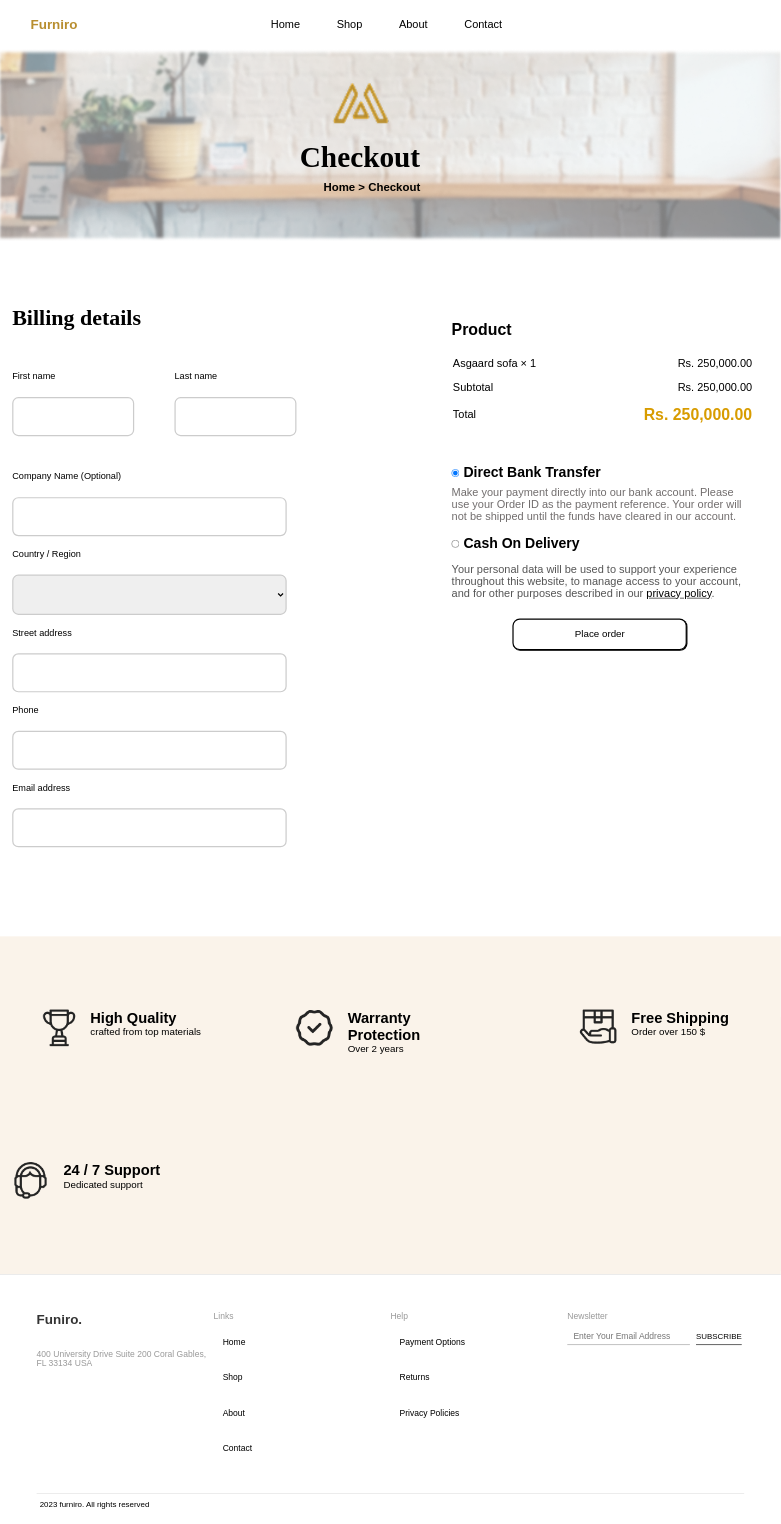
Repository: Ali1Kh/Furniro-ITI
Page: pages/checkout.html
The author's editor kept a copy of each file at every save. The page is drawn from the files as they stood at one save, then again after a run of saves.
The browser window is 1280 px wide. The pictures show the whole page, at 61% of full size.

Above is the page before, as saved 2025-07-19 21:56:53.

### pages/checkout.html
<!DOCTYPE html>
<html lang="en">

<head>
  <meta charset="UTF-8">
  <meta name="viewport" content="width=device-width, initial-scale=1.0">
  <title>CheckOut</title>
  <link rel="shortcut icon" href="../assets/icons/Logo.png" type="image/x-icon">
  <link rel="stylesheet" href="../styles/index.css">
  <link rel="stylesheet" href="../styles/checkout.css">
</head>

<body>

  <nav>
    <!-- Navigation -->
    <div class="navBar">
      <div class="text">
        <p>Furniro</p>
      </div>

      <div class="menu-icon" onclick="toggleSidebar()">☰</div>

      <div class="navBarLinks">
        <ul>
          <li><a href="/pages/home.html">Home</a></li>
          <li><a href="/pages/shop.html">Shop</a></li>
          <li><a href="/">About</a></li>
          <li><a href="/pages/contact.html">Contact</a></li>
        </ul>
      </div>

     <div class="navBarIcons">
        <a href="/pages/Compare.html"><i class="fa-solid fa-user"></i></a>
        <a href="/pages/shop.html"><i class="fa-solid fa-magnifying-glass"></i></a>
        <a href="/"><i class="fa-solid fa-heart"></i></a>
        <a href="/pages/checkout.html"><i class="fa-solid fa-cart-plus"></i></a>
      </div>
    </div>


    <!-- Sidebar for mobile -->
    <div class="sidebar" id="sidebar">
      <a href="" onclick="toggleSidebar()">✖</a>
      <a href="">Home</a>
      <a href="/pages/shop.html">Shop</a>
      <a href="/">About</a>
      <a href="/pages/contact.html">Contact</a>
    </div>
  </nav>

  <main class="checkout">
    <div id="home">
      <div class="img-conteaner">
        <img src="../assets/img/Rectangle 1.png" alt="">

        <div class="text-conteaner">
          <img src="../assets/icons/Logo.png" alt="" style="width: 100px;height: 77px;margin-top: -80px; left: 1px; ">
          <h2 style="font-size: 48px; font-family: Poppins; top: 20px;">Checkout</h2>
          <h3 style="top: 30px;left: -11px; "><span style="width: 48;height: 24;top: 295px;left: 660px; ">Home ></span>
            Checkout</h3>
        </div>
      </div>
    </div>

    <div id="content">
      <div class="form">
        <h1 style="font-family: Poppins;font-weight: 600;font-style: SemiBold;font-size: 36px;">Billing details</h1>
        <br><br>
        <form>
          <div class="input" style="width: 200px;">
            <label>First name</label><br>
            <input type="text" name="firatname" id="firatname">
          </div>

          <div class="input" style="width: 200px; position: relative;bottom: 127px;left: 266px;">
            <label>Last name</label><br>
            <input type="text" name="lastname" id="lastname">
          </div>

          <div class="input" style="position: relative; bottom: 90px; width: 450px;">
            <label>Company Name (Optional)</label><br>
            <input type="text" name="Companyname(Optional)" id="Companyname(Optional)">
          </div>

          <div class="input" style="position: relative; bottom: 90px; width: 450px;">
            <label>Country / Region</label><br>
            <select>
              <option></option>
              <option>UK</option>
              <option>Argantina</option>
              <option>Brasil</option>
              <option>Egypt</option>
              <option>USA</option>
            </select>
          </div>

          <div class="input" style="position: relative; bottom: 90px; width: 450px;">
            <label>Street address</label><br>
            <input type="text" name="Streetaddress" id="Streetaddress">
          </div>

          <div class="input" style="position: relative; bottom: 90px; width: 450px;">
            <label>Phone</label><br>
            <input type="number" name="Phone" id="Phone">
          </div>

          <div class="input" style="position: relative; bottom: 90px; width: 450px;">
            <label>Email address</label><br>
            <input type="email" name="Emailaddress" id="Emailaddress">
          </div><br><br>

        </form>
      </div>
      <div class="table">
        <div class="order-summary">
          <h2>Product</h2>
          <table>
            <tr>
              <td>Asgaard sofa × 1</td>
              <td style="text-align: right;">Rs. 250,000.00</td>
            </tr>
            <tr>
              <td>Subtotal</td>
              <td style="text-align: right;">Rs. 250,000.00</td>
            </tr>
            <tr>
              <td>Total</td>
              <td style="text-align: right;" class="total">Rs. 250,000.00</td>
            </tr>
          </table><br><br>

          <div class="payment-methods">
            <label><input type="radio" name="payment" checked> Direct Bank Transfer</label>
            <p>
              Make your payment directly into our bank account. Please use your Order ID as the payment reference. Your
              order will not be shipped until the funds have cleared in our account.
            </p>

            <label><input type="radio" name="payment"> Cash On Delivery</label>
          </div>

          <div class="privacy">
            Your personal data will be used to support your experience throughout this website, to manage access to your
            account, and for other purposes described in our <a href="#">privacy policy</a>.
          </div>

          <button class="btn">Place order</button>
        </div>
      </div>
    </div>

    <div id="quality">
      <div class="1"
        style="display: flex; gap: 1.5rem; padding-top: 80px; padding-bottom: 80px;width: 25%;padding-left: 50px;">
        <div class="l"><img src="../assets/icons/Group copy.png" alt=""></div>
        <div class="r">
          <h2>High Quality</h2>
          <p>crafted from top materials</p>
        </div>

      </div>
      <div class="2" style="display: flex; gap: 1.5rem; padding-top: 80px; padding-bottom: 80px;width: 25%;">
        <div class="l"><img src="../assets/icons/Group (2).png" alt=""></div>
        <div class="r">
          <h2>Warranty Protection</h2>
          <p>Over 2 years</p>
        </div>

      </div>
      <div class="3" style="display: flex; gap: 1.5rem; padding-top: 80px; padding-bottom: 80px;width: 25%;">
        <div class="l"><img src="../assets/icons/Vector (2).png" alt=""></div>
        <div class="r">
          <h2>Free Shipping</h2>
          <p>Order over 150 $</p>
        </div>

      </div>
      <div class="4" style="display: flex; gap: 1.5rem; padding-top: 80px; padding-bottom: 80px;width: 25%;">
        <div class="l"><img src="../assets/icons/customer-support.png" alt=""></div>
        <div class="r">
          <h2>24 / 7 Support</h2>
          <p>Dedicated support</p>
        </div>

      </div>

    </div>
  </main>

  <footer class="footer">
    <div class="footer-container">
      <div class="footer-sec">
        <h2 class="logo">Funiro.</h2>
        <p style="padding-top: 20px;">400 University Drive Suite 200 Coral Gables,<br>FL 33134 USA</p>
      </div>

      <div class="footer-sec">
        <h4>Links</h4>
        <ul>
          <li><a href="#">Home</a></li>
          <li><a href="#">Shop</a></li>
          <li><a href="#">About</a></li>
          <li><a href="#">Contact</a></li>
        </ul>
      </div>

      <div class="footer-sec">
        <h4>Help</h4>
        <ul>
          <li><a href="#">Payment Options</a></li>
          <li><a href="#">Returns</a></li>
          <li><a href="#">Privacy Policies</a></li>
        </ul>
      </div>

      <div class="footer-sec new">
        <h4>Newsletter</h4>
        <div class="subscribe">
          <input type="email" placeholder="Enter Your Email Address">
          <button>SUBSCRIBE</button>
        </div>
      </div>
    </div>

    <div class="footer-bottom">
      <p>2023 furniro. All rights reserved</p>
    </div>
  </footer>

  <script src="../scripts/index.js"></script>

</body>

</html>

### styles/index.css
:root {
  --mainColor: #feeed8;
}

* {
  margin: 0;
  padding: 0;
  box-sizing: border-box;
}

body {
  font-family: "Poppins", sans-serif;
}

.navBar img {
  display: inline;
}

.navBar {
  width: 100%;
  height: 80px;
  display: flex;
  justify-content: space-between;
  align-items: center;
  padding: 0 50px;
  background-color: #fff;
  z-index: 1000;
  position: sticky;
  top: 0;
}

.navBarLinks ul {
  list-style: none;
  display: flex;
  gap: 60px;
}

.navBarLinks a {
  text-decoration: none;
  font-size: 18px;
  color: black;
}

.navBarIcons {
  display: flex;
  gap: 30px;
}

.text p {
  font-weight: bold;
  font-size: 22px;
  color: #b88e2f;
}

/* Sidebar for mobile */
.sidebar {
  height: 100%;
  width: 0;
  position: fixed;
  background-color: #8d8d8d;
  overflow-x: hidden;
  transition: 0.3s;
  padding-top: 60px;
  z-index: 999;
}
.sidebar a {
  padding: 12px 20px;
  text-decoration: none;
  font-size: 20px;
  color: white;
  display: block;
}
.sidebar a:hover {
  background-color: #444;
}

.menu-icon {
  font-size: 28px;
  cursor: pointer;
  display: none;
  padding: 15px;
}

/* Quality */

#quality {
  display: flex;
  background-color: rgba(250, 243, 234, 1);
  width: 100%;
}

/* Page Header */

#pageHeader .imge {
  position: relative;
  width: 100%;
  height: auto;
}

#pageHeader .imge img {
  width: 100%;
  height: auto;
  display: block;
}

#pageHeader .adresIn {
  position: absolute;
  top: 50%;
  left: 50%;
  transform: translate(-50%, -50%);
  color: black;
  text-align: center;
}

#pageHeader .mainP1 {
  font-size: 48px;
}
#pageHeader .scoundP1 {
  font-size: 16px;
}

.footerBox {
  height: 400px;
  width: 100%;
}
.with-line::before,
.with-line::after {
  content: "";
  display: block;
  height: 1px;
  background-color: #c6c6c6;
  margin: 20px auto;
  width: 100%;
}

.with-line::after {
  width: 82%;
}

.infoterbox {
  margin-left: 100px;
  margin-right: 100px;
  display: grid;
  grid-template-columns: 1fr 1fr 1fr 1.5fr;
  gap: 20px;
  padding: 30px;
  color: white;

  height: 100%;
}

.mainFooterBar {
  font-weight: bold;
  font-size: 24px;
  color: #000;
}
.scoundFooterBar {
  font-size: 16px;
  font-weight: 300;
  color: #9f9f9f;
  position: relative;
  top: 40px;
}

.prgraphF {
  position: relative;
  top: 54px;
}

.infoterboxLM a,
.infoterboxRM a {
  display: block;
  margin-top: 55px;
  text-decoration: none;
  color: #000;
  width: 70%;
}

.infoterboxLM p,
.infoterboxRM p,
.prgraphFF p {
  font-size: 16px;
  font-weight: 300;
  color: #9f9f9f;
}

.SUBSCRIBE {
  position: relative;
  top: 53px;
}

.SUBSCRIBE button {
  font-size: 14px;
  font-weight: bold;
  width: 85px;
  height: 21px;
  border: none;
  border-bottom: 1px solid black;
  margin-left: 15px;
  background-color: white;

  cursor: pointer;
}

.SUBSCRIBE input {
  font-size: 14px;
  width: 200px;
  height: 21px;
  color: #9f9f9f;
  border: none;
  border-bottom: 1px solid black;
}

.SUBSCRIBE input:focus {
  outline: none;
}

@media (max-width: 768px) {
  .navBarLinks {
    display: none;
  }
  .menu-icon {
    display: block;
  }
  .navBarIcons {
    display: none;
  }
}

@media (max-width: 767px) {
  .navBarIcons {
    display: none;
  }
}

### styles/checkout.css
* {
  margin: 0;
  padding: 0;
}
.checkout ul {
  list-style: none;
}

.checkout a {
  text-decoration: none;
}

/* start header */

#header {
  background-color: rgb(250, 245, 240);
  border: 1px solid #ccc;
  width: 100%;
  height: 90px;
}
#header .navbar {
  display: flex;
  justify-content: space-between;
  align-items: center;
}
#header .navbar .logo {
  display: flex;
  width: 185;
  height: 41;
  opacity: 1;
  top: 29px;
  left: 54px;
  gap: 5px;
}
#header .navbar img {
  width: 185;
  height: 41px;
  top: 29px;
  left: 54px;
  gap: 5px;
}

/* #header .navbar .imgs{
    width: 300px;
    display: flex;
    position: relative;
    bottom: 10px;
} */

#header .navbar ul {
  display: flex;
}
#header .navbar ul li a {
  position: relative;
  color: black;
  font-size: 25px;
  margin: 0 20px;
  font-weight: bold;
  transition: 0.3s ease;
  bottom: 15px;
}
#header .navbar ul li a:hover {
  color: bisque;
}

/* finish header */

.img-conteaner {
  position: relative;
  width: 100%;
}

.img-conteaner img {
  width: 100%;
  height: 316px;
  top: 100px;
}

.text-conteaner {
  position: absolute;
  top: 50%;
  left: 50%;
  transform: translate(-50%, -50%);
}
.text-conteaner h3 {
  position: relative;
  bottom: 90px;
  left: 40px;
}
.text-conteaner h2 {
  position: relative;
  bottom: 90px;
  left: -50px;
}

#content {
  display: flex;
  justify-content: space-between;
  gap: 8rem;
  max-width: 1240px;
  margin: auto;
  padding-top: 100px;
}

.form {
  width: 50%;
}

.form h1 {
  font-size: 36px;
  font-weight: 600;
  margin-bottom: 30px;
}

form label {
  font-weight: 500;
  margin-bottom: 8px;
  display: block;
  font-size: 15px;
}

form input,
form select {
  width: 100%;
  padding: 22px;
  border: 2px solid #ccc;
  border-radius: 10px;
  font-size: 14px;
}

.input {
  margin-bottom: 20px;
}

.table {
  width: 48%;
}

.order-summary {
  padding: 25px;
}

.order-summary h2 {
  font-size: 26px;
  margin-bottom: 20px;
}

.order-summary table {
  width: 100%;
  margin-bottom: 20px;
}

.order-summary table td {
  padding: 8px 0;
  font-size: 18px;
}

.order-summary .total {
  font-weight: bold;
  color: #d89c00;
  font-size: 26px;
}

.payment-methods label {
  display: block;
  margin-bottom: 10px;
  font-weight: bold;
  font-size: 23px;
}

.payment-methods p {
  font-size: 18px;
  color: #716d6d;
  margin: 10px 0 20px;
  line-height: 1.1;
}

.privacy {
  font-size: 18px;
  color: #555;
  margin: 20px 0;
  line-height: 1.1;
}

.privacy a {
  text-decoration: underline;
  color: black;
}

.btn {
  padding: 15px 100px;
  background: #fff;
  border: 2px solid black;
  border-radius: 12px;
  font-size: 16px;
  transition: 0.3s ease;
  margin-left: 100px;
  margin-top: 10px;
  box-shadow: 1px 1px 1px black;
}

.btn:hover {
  background-color: #babd8e;
}

#quality {
  display: flex;
  justify-content: space-between;
  background-color: rgba(250, 243, 234, 1);
  width: 100%;
  flex-wrap: wrap;
  padding: 40px 20px;
  gap: 1rem;
}

.quality-box {
  display: flex;
  gap: 1.5rem;
  width: 23%;
  padding-top: 40px;
  padding-bottom: 40px;
  box-sizing: border-box;
  align-items: center;
}

.quality-box img {
  width: 65px;
}

.quality-box h2 {
  font-size: 25px;
  margin-bottom: 5px;
}

.quality-box p {
  font-size: 20px;
  color: #555;
}


.footer {
  background-color: #fff;
  padding: 40px 60px 20px;
  border-top: 1px solid #e0e0e0;
  color: #333;
}

.footer-container {
  display: flex;
}

.footer-sec {
  flex: 1 1 200px;
  margin: 20px 0;
}

.footer-sec h2.logo {
  font-size: 22px;
  font-weight: 700;
  margin-bottom: 15px;
}

.footer-sec h4 {
  font-size: 14px;
  font-weight: 500;
  color: #999;
  margin-bottom: 10px;
}

.footer-sec ul {
  list-style: none;
  padding: 0;
  margin: 0;
}

.footer-sec ul li {
  margin-bottom: 10px;
  padding: 15px;
}

.footer-sec ul li a {
  text-decoration: none;
  color: #000;
  font-size: 14px;
}

.footer-sec p {
  color: #999;
  font-size: 14px;
}

.new .subscribe {
  display: flex;
  gap: 10px;
  margin-top: 10px;
}

.new input {
  padding: 6px 10px;
  font-size: 14px;
  border: none;
  border-bottom: 1px solid #999;
  outline: none;
}

.new button {
  background: none;
  border: none;
  border-bottom: 1px solid #000;
  color: #000;
  font-size: 13px;
  font-weight: 500;
}

.footer-bottom {
  border-top: 1px solid #e0e0e0;
  padding: 5px;
  margin-top: 20px;
  padding-top: 10px;
  text-align: left;
  font-size: 13px;
  color: #000;
}

@media (max-width: 790px) {
  #content {
    flex-direction: column;
    gap: 3rem;
    padding: 50px 20px;
  }

  .form,
  .table {
    width: 100%;
  }

  .btn {
    width: 100%;
    margin-left: 0;
  }
   .quality-box {
    width: 100%;
    flex-direction: row;
    justify-content: start;
    padding: 20px 0;
     position: relative;
    left: 30%;

  }

  #quality {
    flex-direction: column;
    gap: 0;

  }
}
@media (max-width: 768px) {
  .footer-container {
    flex-direction: column;
    gap: 30px;
  }

  .footer-sec {
    margin: 10px 0;
  }

  .new .subscribe {
    flex-direction: column;
    align-items: flex-start;
  }

  .new input,
  .new button {
    width: 50%;
  }

  .footer {
    padding: 30px 20px 10px;
  }

  .footer-bottom {
    text-align: center;
    font-size: 12px;
  }
}

### scripts/index.js
function toggleSidebar() {
  const sidebar = document.getElementById("sidebar");
  if (sidebar.style.width === "250px") {
    sidebar.style.width = "0";
  } else {
    sidebar.style.width = "250px";
  }
}

function toggleSidebar() {
  const sidebar = document.getElementById("sidebar");
  if (sidebar.style.display === "flex") {
    sidebar.style.display = "none";
  } else {
    sidebar.style.display = "flex";
  }
}

After the next 2 saves:
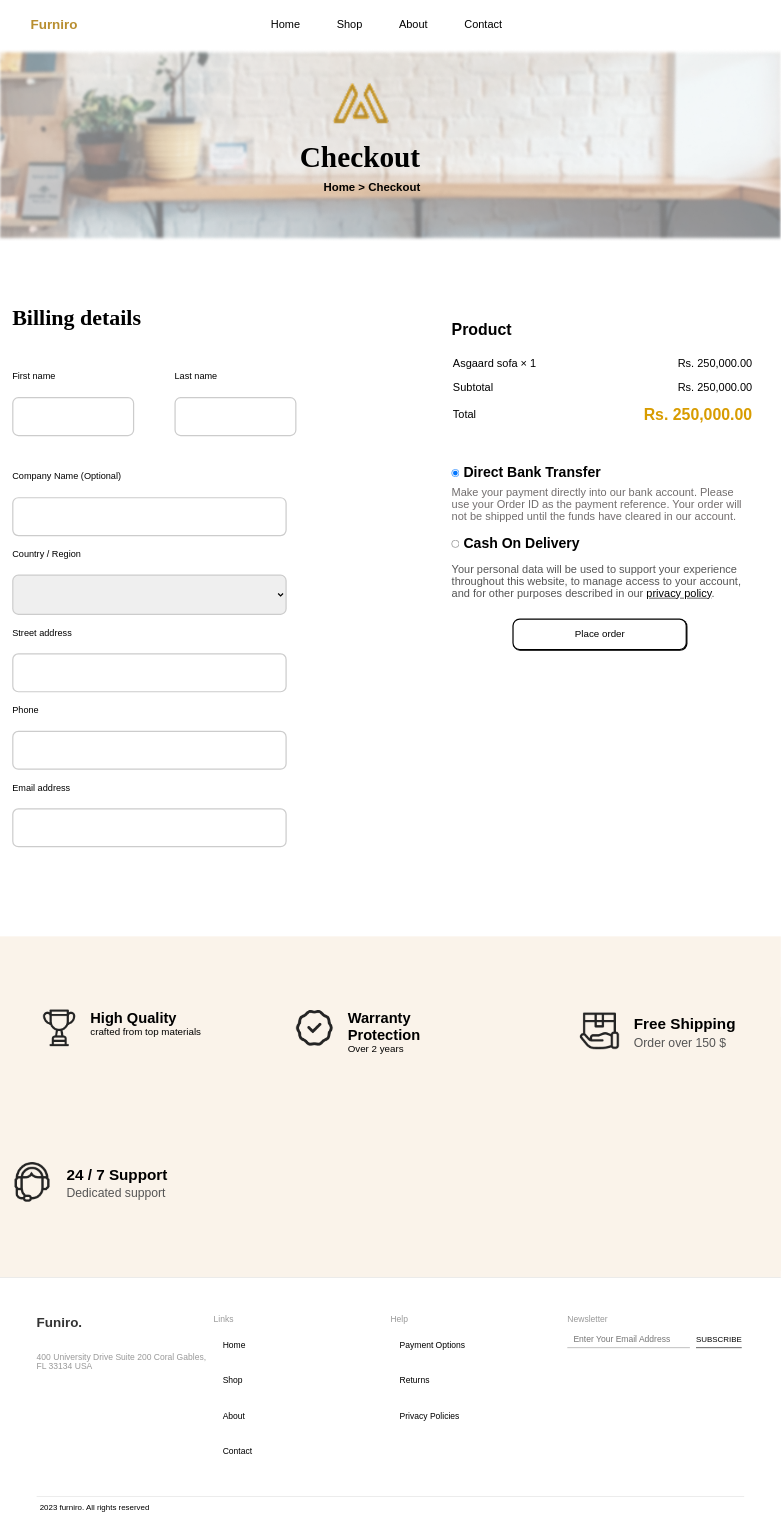
The 2 saves are shown as one change because they came seconds apart.
The last was saved 44 s later.
--- a/pages/checkout.html
+++ b/pages/checkout.html
@@ -168,7 +168,7 @@
         </div>
 
       </div>
-      <div class="3" style="display: flex; gap: 1.5rem; padding-top: 80px; padding-bottom: 80px;width: 25%;">
+      <div class="quality-box" style="display: flex; gap: 1.5rem; padding-top: 80px; padding-bottom: 80px;width: 25%;">
         <div class="l"><img src="../assets/icons/Vector (2).png" alt=""></div>
         <div class="r">
           <h2>Free Shipping</h2>
@@ -176,7 +176,7 @@
         </div>
 
       </div>
-      <div class="4" style="display: flex; gap: 1.5rem; padding-top: 80px; padding-bottom: 80px;width: 25%;">
+      <div class="quality-box" style="display: flex; gap: 1.5rem; padding-top: 80px; padding-bottom: 80px;width: 25%;">
         <div class="l"><img src="../assets/icons/customer-support.png" alt=""></div>
         <div class="r">
           <h2>24 / 7 Support</h2>
